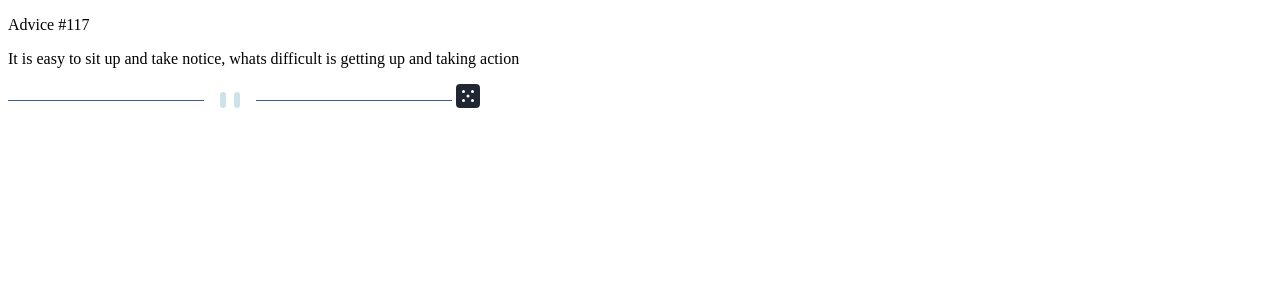
Repository: Arkitecth/advice-generator
Page: index.html
An editor plug-in stored every save of this project. The page is shown before and after the next save, followed by the edit.
The browser window is 1280 px wide. The pictures show the whole page.

Above is the page before, as saved 2023-07-12 17:17:10.

After the next save:
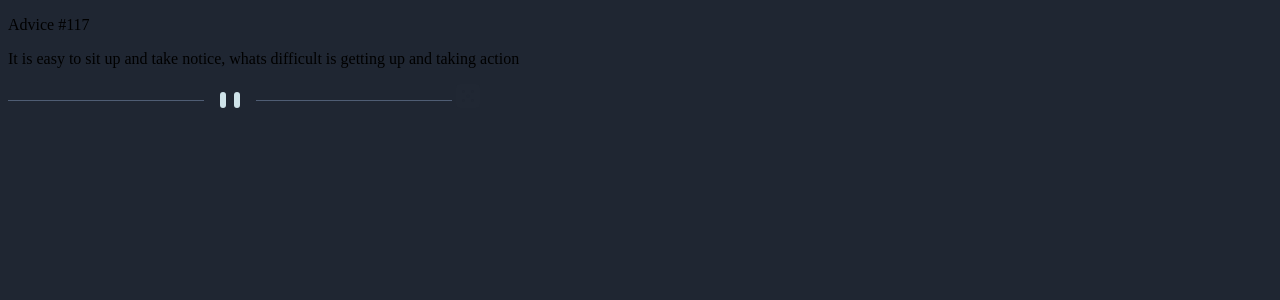
Saved 21 s later.
--- a/style.css
+++ b/style.css
@@ -6,3 +6,8 @@
     --grayish-blue:hsl(217, 19%, 38%);
 }
 @import url('https://fonts.googleapis.com/css2?family=Manrope:wght@800&display=swap');
+
+
+body {
+    background-color: var(--dark-blue);
+}

After the save that followed:
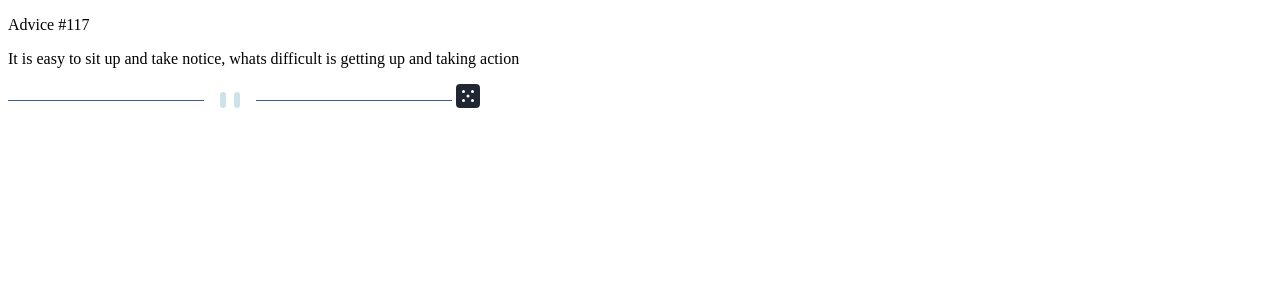
Saved 11 s later.
--- a/style.css
+++ b/style.css
@@ -9,5 +9,6 @@
 
 
 body {
-    background-color: var(--dark-blue);
+    /* background-color: var(--dark-blue);
+     */
 }
